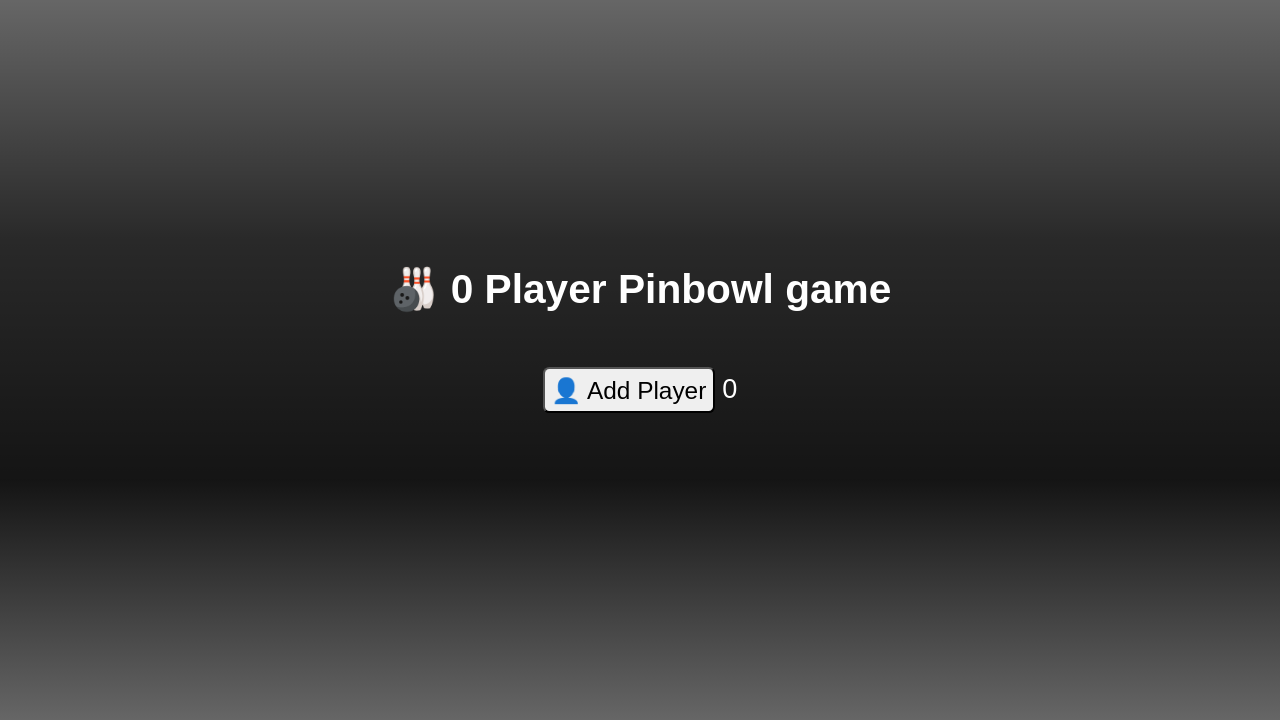
Repository: AckerApple/pinbowl
Page: index.html
An editor plug-in stored every save of this project. The page is shown before and after the next save, followed by the edit.
The browser window is 1280 px wide. The pictures show the whole page.

Above is the page before, as saved 2023-11-08 16:27:07.

After the next save:
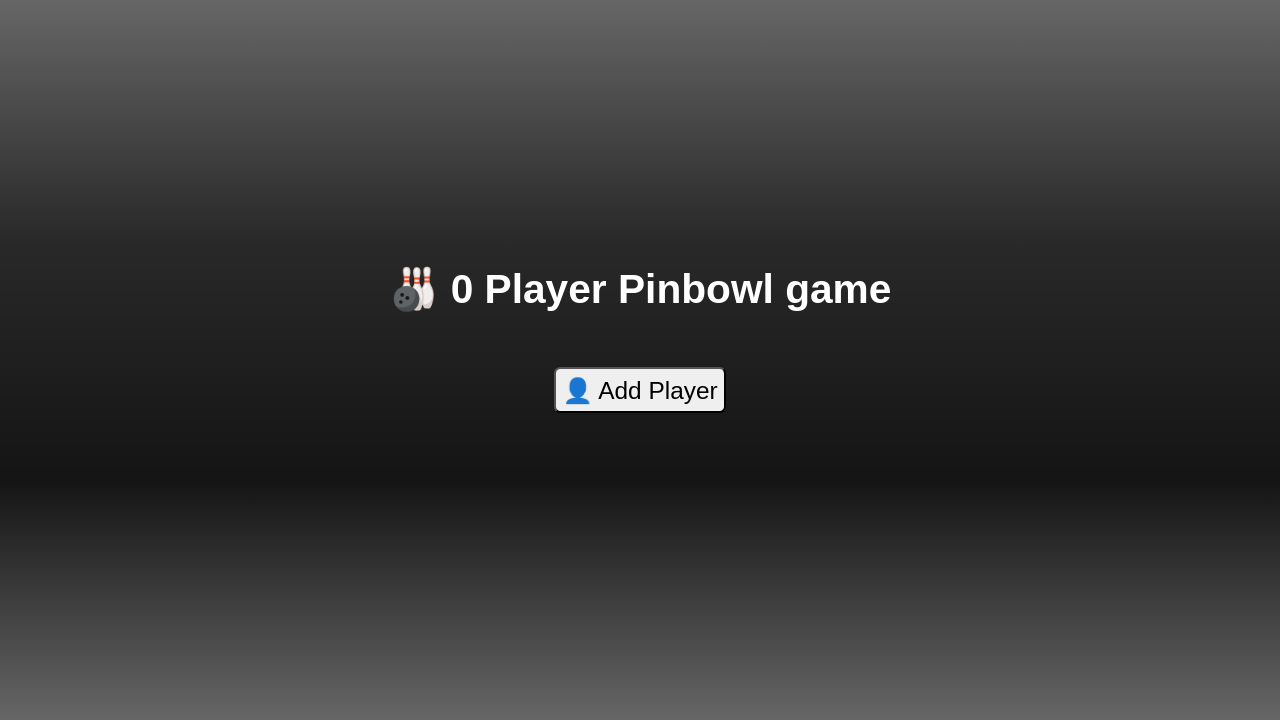
Saved 4 min 34 s later.
--- a/app.js
+++ b/app.js
@@ -253,7 +253,7 @@ export function SmallBowlApp() {
           >👤 Add Player</button>
         `)}
 
-        ${!gameStarted && players.length && render($ => $`
+        ${!gameStarted && players.length > 0 && render($ => $`
             <button type="button" onclick=${startGame}>🟢 start game</button>
         `)}
 
